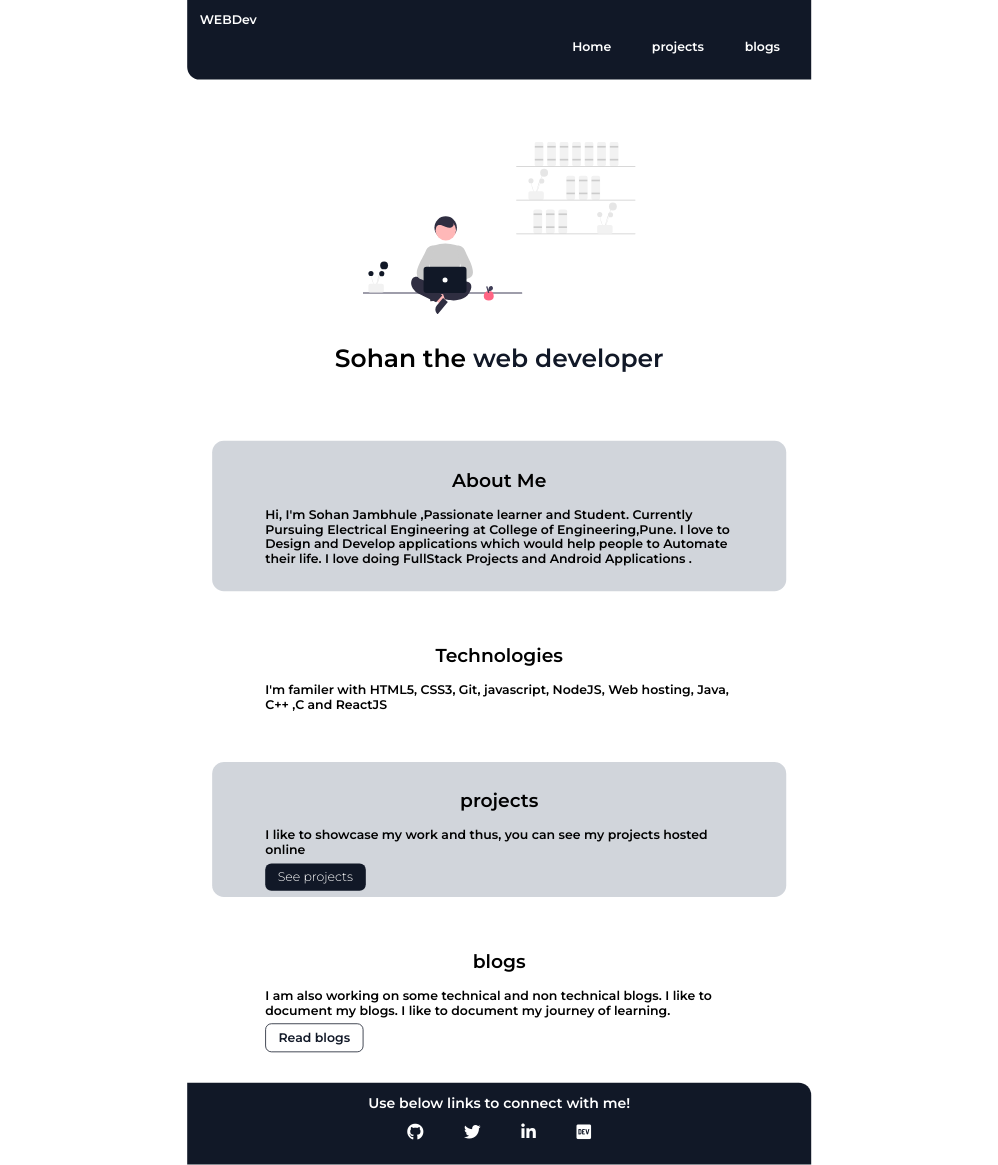
Repository: sohan2503001/Portfolio
Page: index.html
These files come from the project's save history. The page is drawn as it stood at one moment and after a run of saves; the edit follows.
The browser window is 1280 px wide. The pictures show the whole page, at 78% of full size.

Above is the page before, as saved 2021-05-26 11:51:31.

After the next 3 saves:
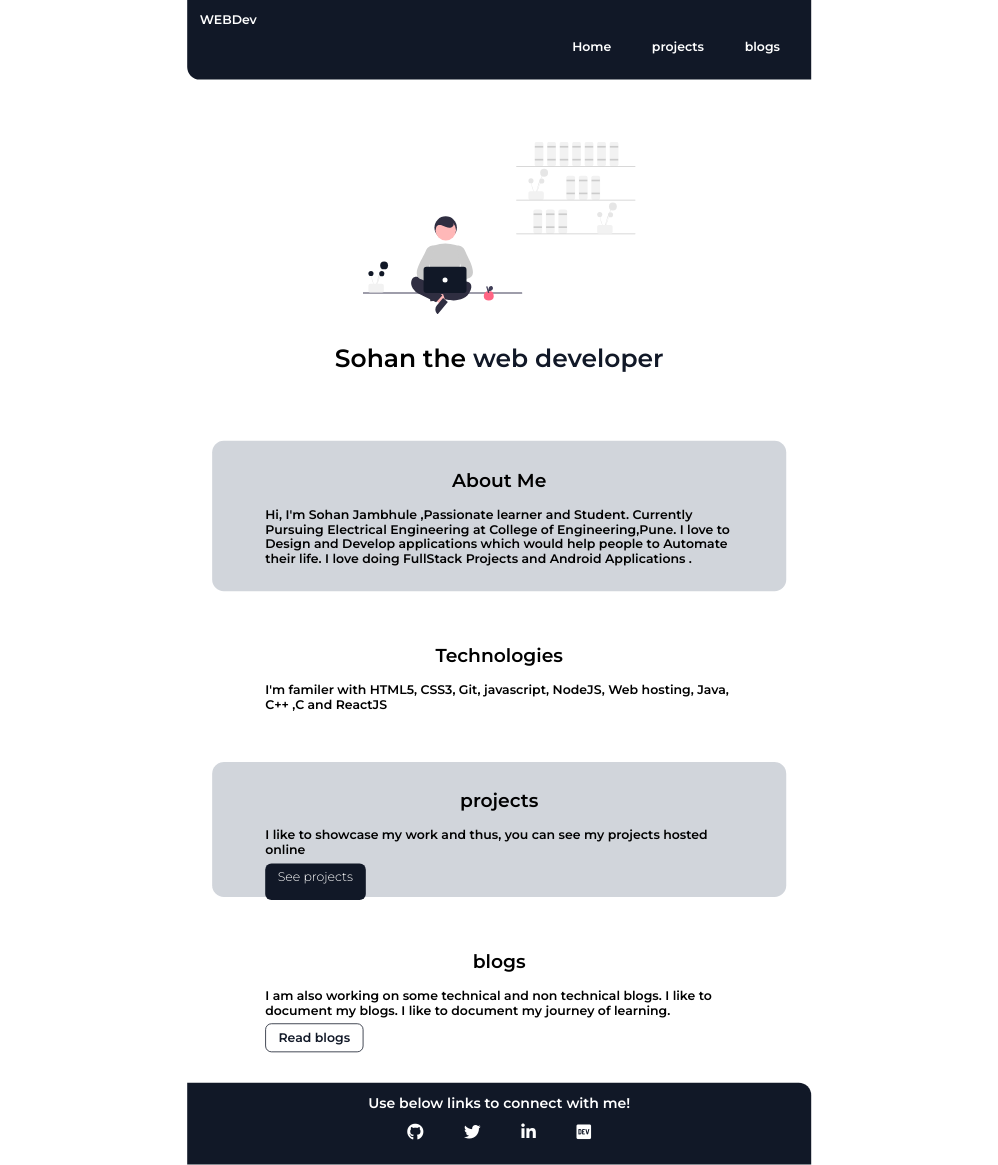
The 3 saves are shown as one change because they came seconds apart.
The last was saved 9 s later.
--- a/index.html
+++ b/index.html
@@ -65,7 +65,7 @@
         I like to showcase my work and thus, you can see my projects hosted
         online
       </p>
-      <a class="link link-primary" style="" href="projects.html">See projects</a>
+      <a class="link link-primary" style="padding-bottom: 20px;" href="projects.html">See projects</a>
     </div>
   </section>
 

After the save that followed:
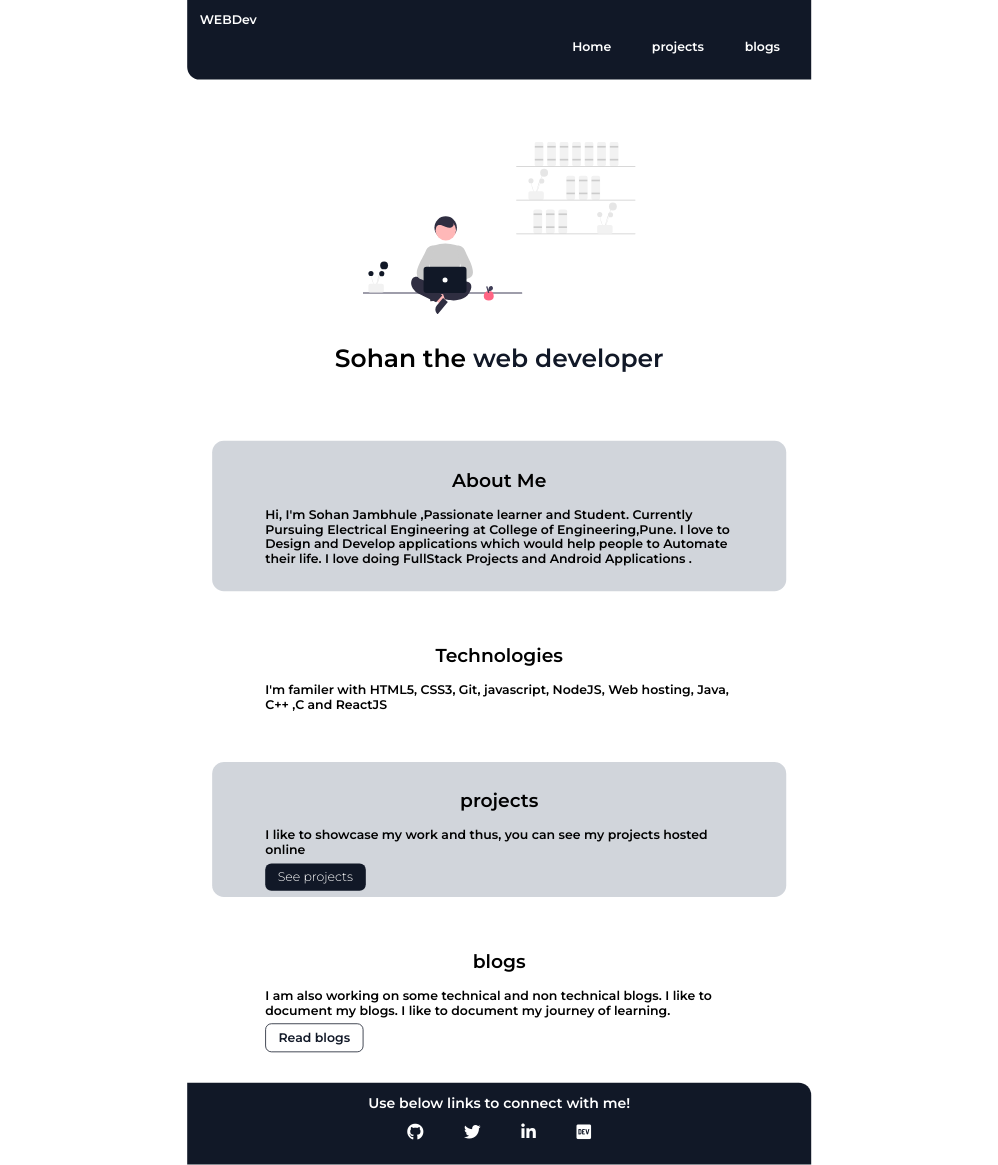
Saved 10 s later.
--- a/index.html
+++ b/index.html
@@ -65,7 +65,7 @@
         I like to showcase my work and thus, you can see my projects hosted
         online
       </p>
-      <a class="link link-primary" style="padding-bottom: 20px;" href="projects.html">See projects</a>
+      <a class="link link-primary" style="margin-bottom: 20px;" href="projects.html">See projects</a>
     </div>
   </section>
 
